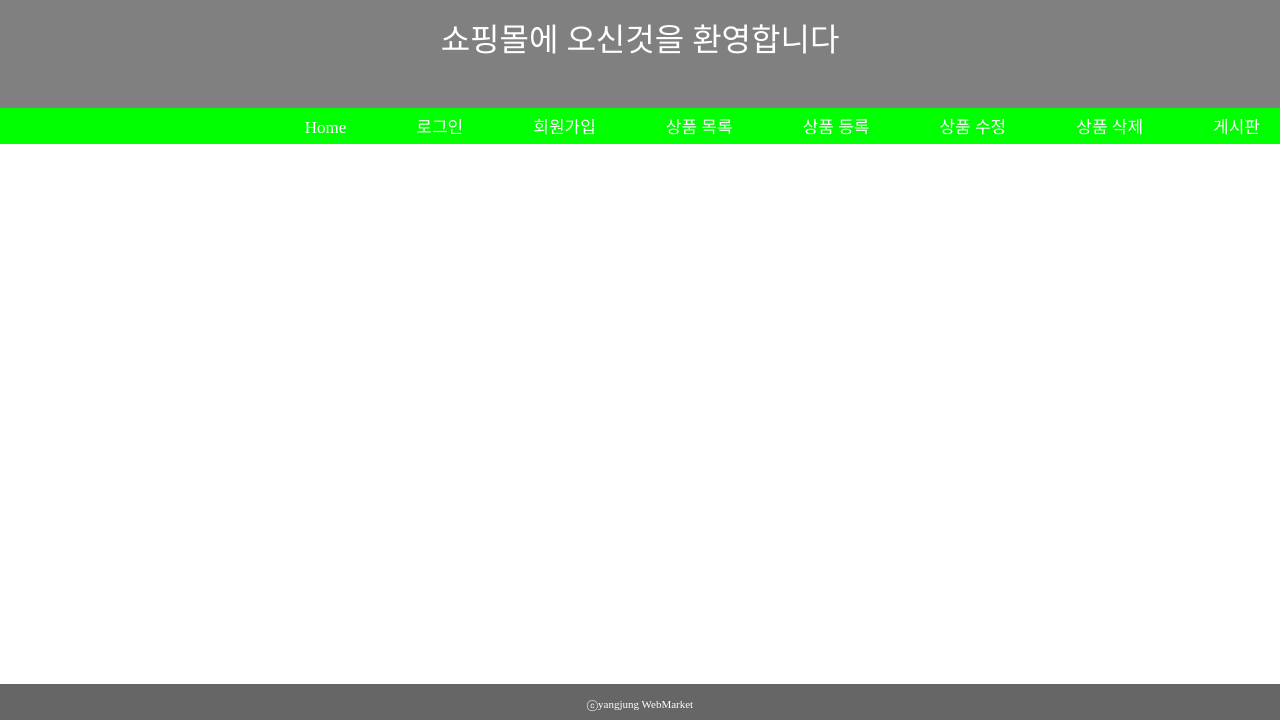
Repository: cccf777/-
Page: http://localhost/D0428/shop/index.jsp
An editor plug-in stored every save of this project. The page is shown before and after the next save, followed by the edit.
The browser window is 1280 px wide. The pictures show the whole page.
The page is served by Tomcat 9.

Above is the page before, as saved 2021-04-28 01:32:51.

After the next save:
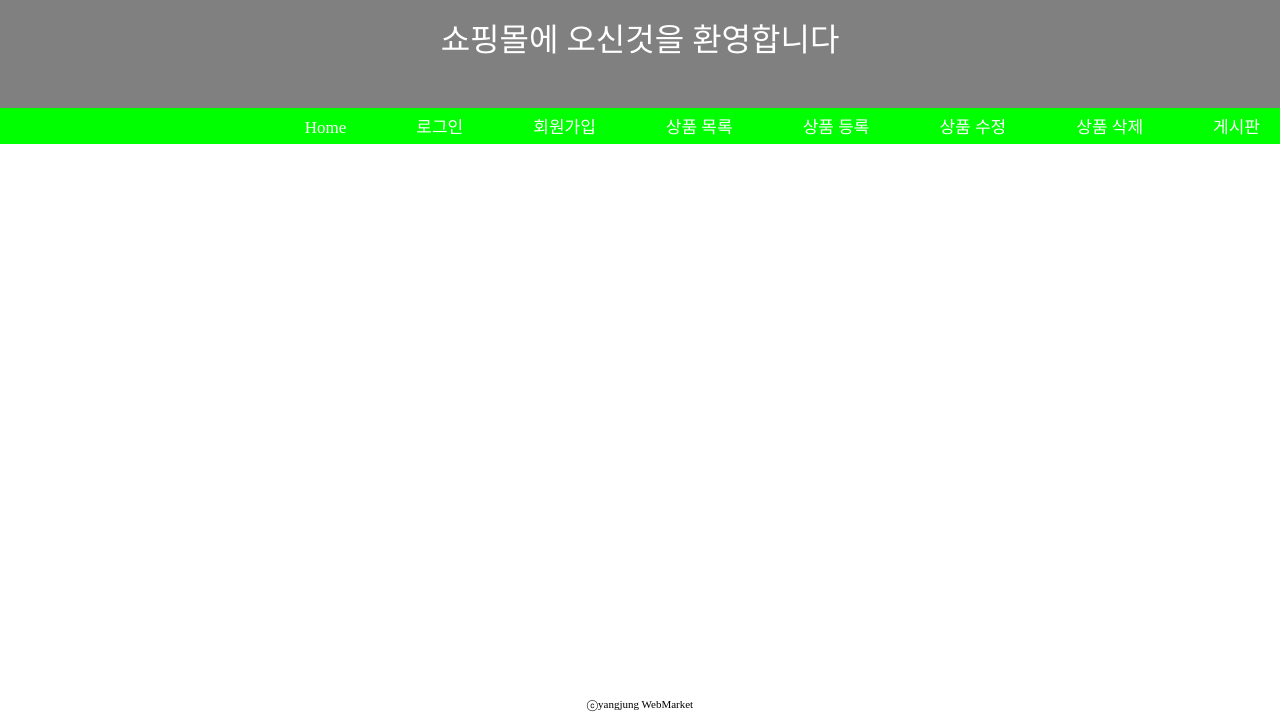
Saved 2 min 31 s later.
--- a/workspace/D0428/src/main/webapp/shop/common.css
+++ b/workspace/D0428/src/main/webapp/shop/common.css
@@ -10,8 +10,8 @@
 
 footer{
 	height:5%;
-	background:#666;
-	color:#fff;
+	background:#fff;
+	color:#000;
 	text-align:center;
 	line-height:40px;
 	font-size:11px;
